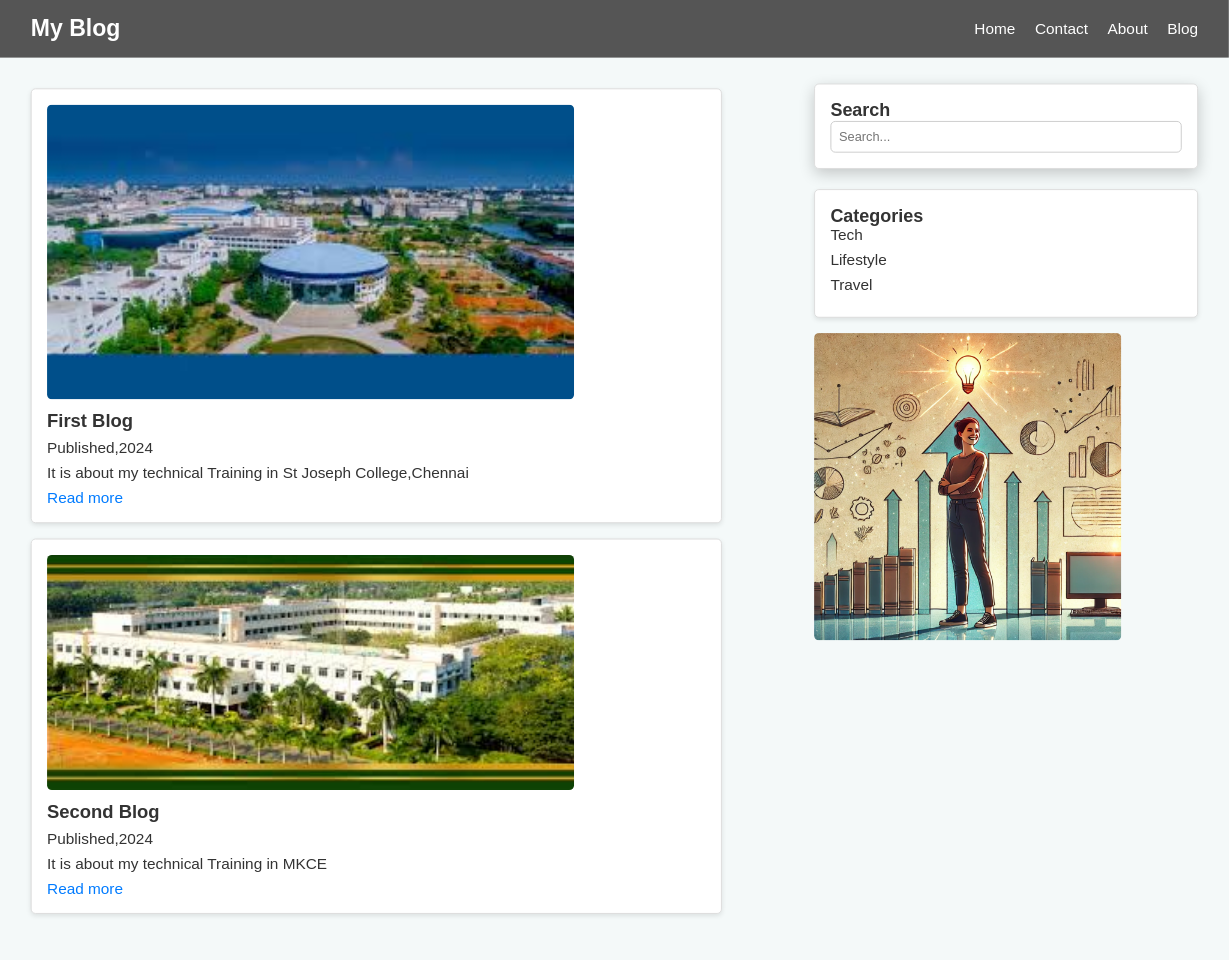
Repository: obusakthi539/Loginform
Page: Myblog.html
The author's editor kept a copy of each file at every save. The page is drawn from the files as they stood at one save, then again after a run of saves.
The browser window is 1280 px wide. The pictures show the whole page, at 96% of full size.
The pointer rests on the first visible `.search-box`.

Above is the page before, as saved 2025-01-12 17:04:03.

After the next 5 saves:
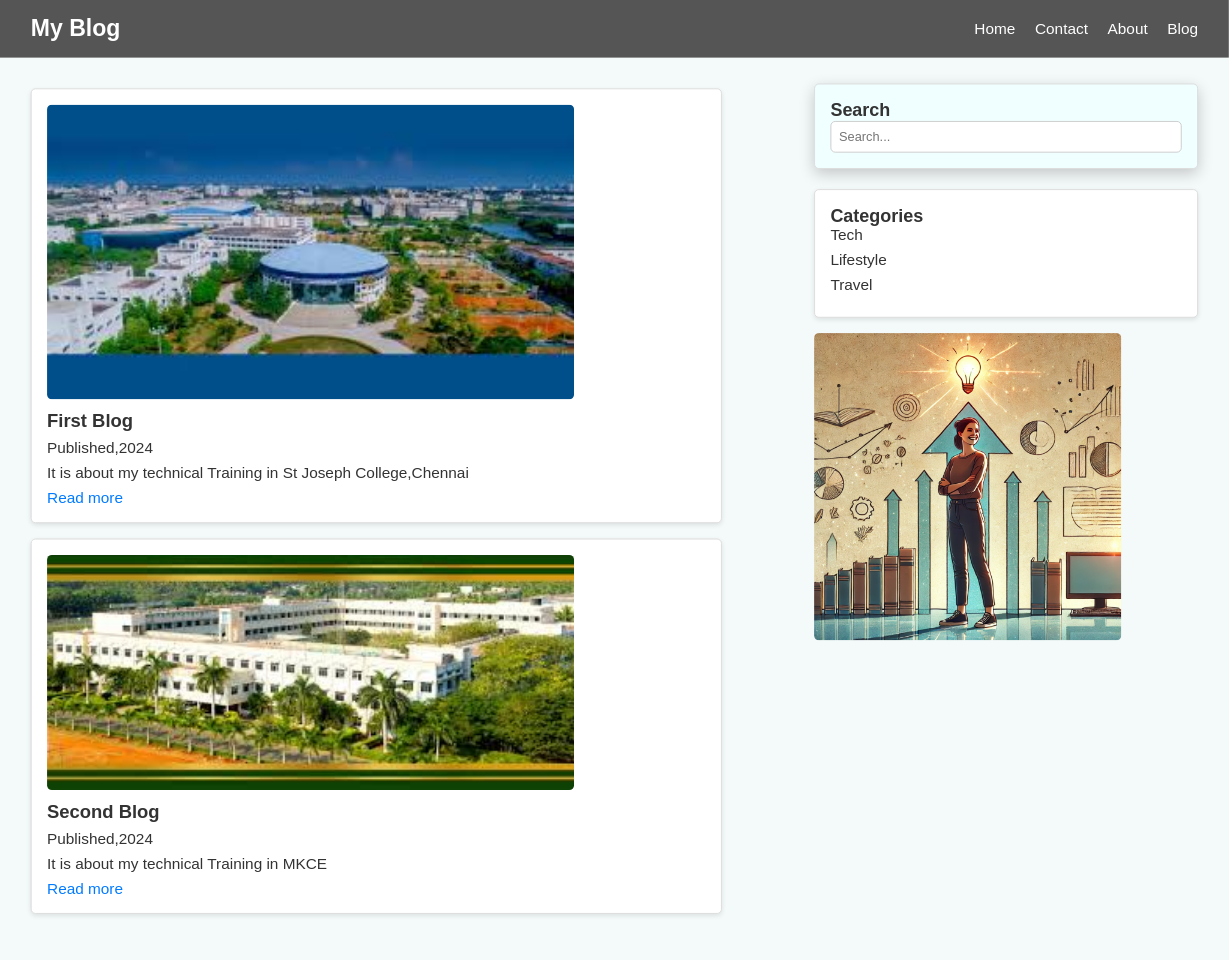
The 5 saves are shown as one change because they came seconds apart.
The last was saved 16 s later.
--- a/Myblog.html
+++ b/Myblog.html
@@ -113,6 +113,7 @@
         .search-box:hover, .categories:hover {
             transform: translateY(-5px);
             box-shadow: 0 5px 15px rgba(0, 0, 0, 0.2);
+            background-color:azure;
         }
 
         .search-box input {
